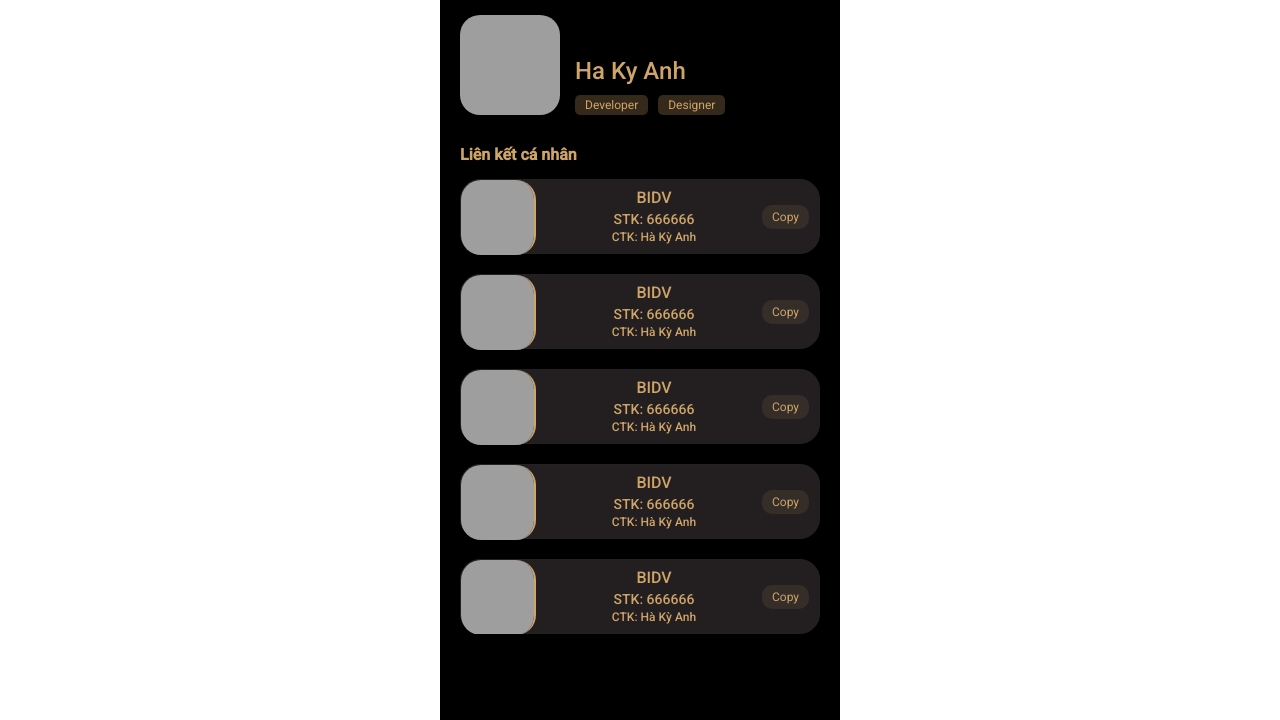
Repository: yzarc204/nguyen-tien-viet-hoang
Page: thong-tin-thanh-toan/index.html
The author's editor kept a copy of each file at every save. The page is drawn from the files as they stood at one save, then again after the next save.
The browser window is 1280 px wide. The pictures show the whole page.
Pictures or frames that could not be fetched are drawn as grey boxes.

Above is the page before, as saved 2021-09-27 11:14:22.

### thong-tin-thanh-toan/index.html
<!DOCTYPE html>
<html lang="en">
<head>
    <meta charset="UTF-8">
    <meta http-equiv="X-UA-Compatible" content="IE=edge">
    <meta name="viewport" content="width=device-width, initial-scale=1.0">
    <title>Personal Card</title>
    <!-- Google Fonts -->
    <link rel="preconnect" href="https://fonts.googleapis.com">
    <link rel="preconnect" href="https://fonts.gstatic.com" crossorigin>
    <link href="https://fonts.googleapis.com/css2?family=Roboto:wght@300;400;500&display=swap" rel="stylesheet">
    <!-- CSS -->
    <link rel="stylesheet" href="./public/css/index.css">
</head>
<body>
    <div class="container">
        <div class="profile-header">
            <img alt="Avatar"
                src="https://source.unsplash.com/random"
                class="profile-avatar">
            <div class="profile-info">
                <h4 class="profile-name">Ha Ky Anh</h4>
                <div class="skills">
                    <div class="skill-tag">Developer</div>
                    <div class="skill-tag">Designer</div>
                </div>
            </div>
        </div>
        <h4 class="title">Liên kết cá nhân</h4>
        <div class="banks">
            <div class="bank">
                <img src="https://source.unsplash.com/random" class="bank-logo">
                <div class="bank-info">
                    <p class="bank-name">BIDV</p>
                    <p class="bank-number">STK: 666666</p>
                    <p class="bank-owner">CTK: Hà Kỳ Anh</p>
                </div>
                <span class="btn-copy">Copy</span>
            </div>
            <div class="bank">
                <img src="https://source.unsplash.com/random" class="bank-logo">
                <div class="bank-info">
                    <p class="bank-name">BIDV</p>
                    <p class="bank-number">STK: 666666</p>
                    <p class="bank-owner">CTK: Hà Kỳ Anh</p>
                </div>
                <span class="btn-copy">Copy</span>
            </div>
            <div class="bank">
                <img src="https://source.unsplash.com/random" class="bank-logo">
                <div class="bank-info">
                    <p class="bank-name">BIDV</p>
                    <p class="bank-number">STK: 666666</p>
                    <p class="bank-owner">CTK: Hà Kỳ Anh</p>
                </div>
                <span class="btn-copy">Copy</span>
            </div>
            <div class="bank">
                <img src="https://source.unsplash.com/random" class="bank-logo">
                <div class="bank-info">
                    <p class="bank-name">BIDV</p>
                    <p class="bank-number">STK: 666666</p>
                    <p class="bank-owner">CTK: Hà Kỳ Anh</p>
                </div>
                <span class="btn-copy">Copy</span>
            </div>
            <div class="bank">
                <img src="https://source.unsplash.com/random" class="bank-logo">
                <div class="bank-info">
                    <p class="bank-name">BIDV</p>
                    <p class="bank-number">STK: 666666</p>
                    <p class="bank-owner">CTK: Hà Kỳ Anh</p>
                </div>
                <span class="btn-copy">Copy</span>
            </div>
        </div>
    </div>
</body>
</html>

### thong-tin-thanh-toan/public/css/index.css
* {
    padding: 0;
    margin: 0;
    -webkit-box-sizing: border-box;
    font-family: 'Roboto', sans-serif;
}

:root {
    --primary-color: #cea469;
    --secondary-color: #231f20;
    --dark-color: #cea469;
}

body {
    width: 100%;
    overflow: hidden;
}

/* ===== CONTAINER ===== */
.container{
    width: 400px;
    height: 100vh;
    margin: 0 auto;
    padding: 15px 20px;
    overflow: hidden scroll;
    background: #000;
    color: var(--primary-color);
}
/* ===== PROFILE HEADER ===== */
.profile-header{
    width: 100%;
    display: flex;
    flex-wrap: wrap;
    margin-bottom: 30px;
}
.profile-avatar{
    width: 100px;
    height: 100px;
    object-fit: cover;
    object-position: center;
    border-radius: 20px;
}
.profile-info{
    margin-top: auto;
    padding: 0px 15px;
}
.profile-name{
    margin-bottom: 10px;
    font-size: 24px;
    font-weight: 500;
}
.skills{
    display: flex;
    flex-wrap: nowrap;
}
.skill-tag{
    padding: 3px 10px;
    margin-right: 10px;
    color: var(--primary-color);
    font-size: 12px;
    position: relative;
    display: none;
}
.skill-tag:before {
    content: "";
    position: absolute;
    top: 0;
    right: 0;
    bottom: 0;
    left: 0;
    background-color: currentColor;
    opacity: 0.25;
    border-radius: 5px;
}
.skill-tag:first-child {
    display: block;
}
.skill-tag:nth-child(2) {
    display: block;
}
/* ===== TITLE ===== */
.title{
    margin-bottom: 15px;
}
/* ===== BANKS ===== */
.banks {
    width: 100%;
    overflow: hidden;
    --size: 75px;
    --border-rounded: 20px;
}
.bank:last-child {
    margin-bottom: 0px;
}
.bank {
    width: 100%;
    height: var(--size);
    background: var(--secondary-color);
    margin-bottom: 20px;
    display: flex;
    border: 1px solid #222;
    border-radius: var(--border-rounded);
}
.bank-logo {
    width: var(--size);
    height: var(--size);
    border-right: 2px solid var(--dark-color);
    border-radius: inherit;
}
.bank-info {
    flex: 1;
    text-align: center;
    padding: 10px 7.5px;
    display: flex;
    flex-direction: column;
    justify-content: space-between;
    align-items: center;
}
.bank-info > p {
    font-weight: 500;
    line-height: 1;
}
.bank-name{
    font-size: 16px;
}
.bank-number{
    font-size: 14px;
}
.bank-owner {
    font-size: 12px;
}
.btn-copy{
    font-size: 12px;
    height: fit-content;
    padding: 5px 10px;
    position: relative;
    top: 50%;
    right: 10px;
    transform: translateY(-50%);
    cursor: pointer;
}
.btn-copy:before {
    content: "";
    position: absolute;
    top: 0;
    right: 0;
    bottom: 0;
    left: 0;
    background: var(--dark-color);
    border-radius: 10px;
    opacity: 0.1;
}

After the next save:
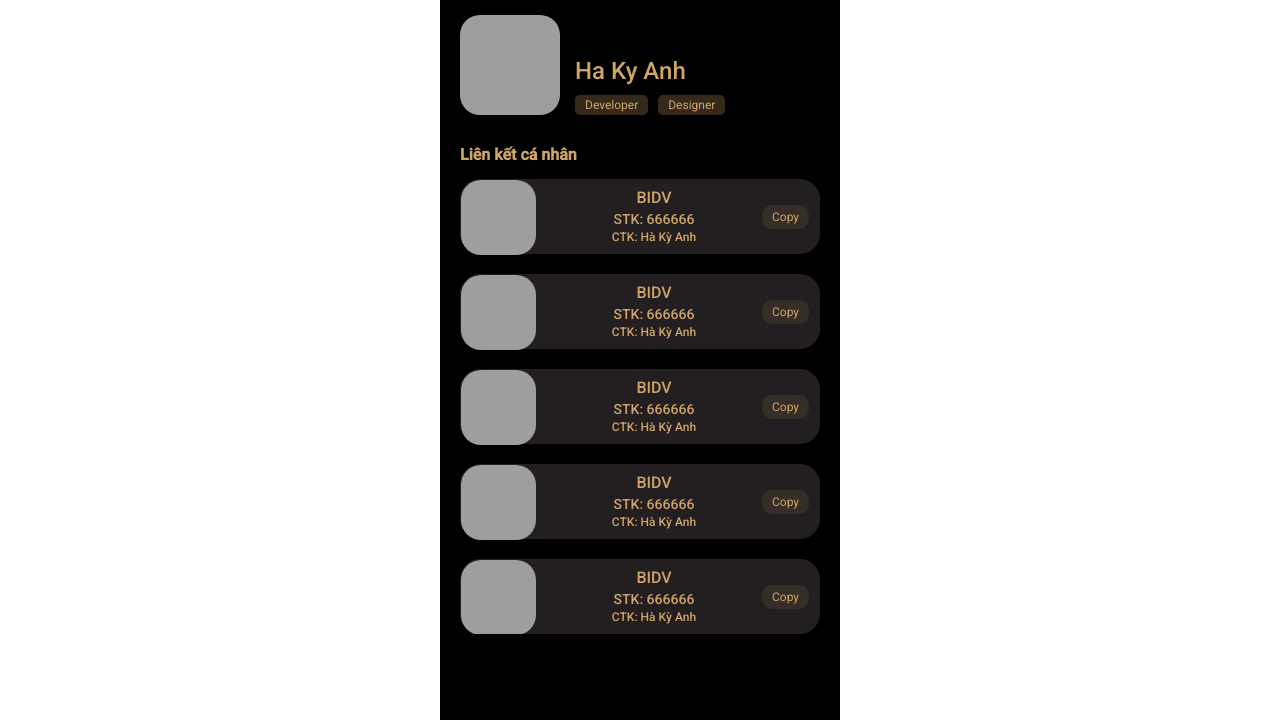
Saved 13 s later.
--- a/thong-tin-thanh-toan/public/css/index.css
+++ b/thong-tin-thanh-toan/public/css/index.css
@@ -104,7 +104,7 @@ body {
 .bank-logo {
     width: var(--size);
     height: var(--size);
-    border-right: 2px solid var(--dark-color);
+    border-radius: 2px solid var(--dark-color);
     border-radius: inherit;
 }
 .bank-info {
